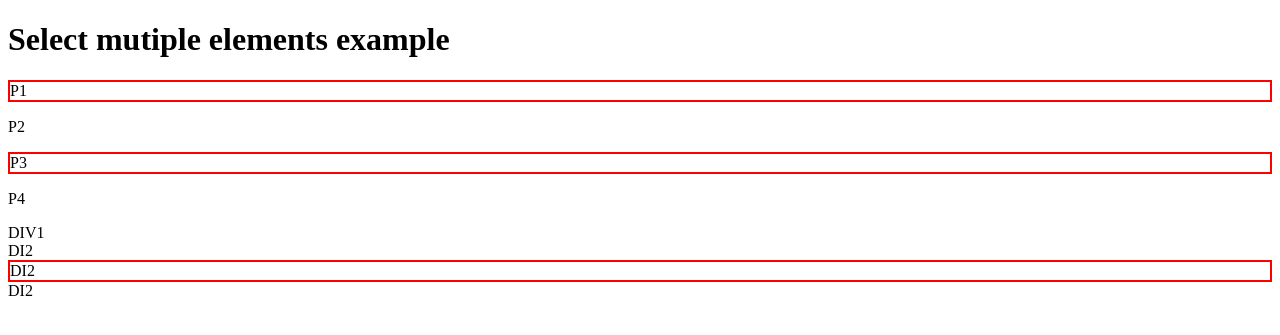
Repository: sudheerj/jQuery
Page: jQueryExamples/chapter02/AttributeSelectors.html
These files come from the project's save history. The page is drawn as it stood at one moment and after the next save; the edit follows.
The browser window is 1280 px wide. The pictures show the whole page.

Above is the page before, as saved 2016-10-20 03:39:56.

### jQueryExamples/chapter02/AttributeSelectors.html
<!DOCTYPE html>
<head>
	<title>jQuery Get element with class name and id</title>

	<script type="text/javascript" src="..\jquery\jquery-3.1.1.min.js"></script>
	<script type="text/javascript">
	$(document).ready(function() {

		$(".p1, .p3, #div3").css("border", "2px solid red");

	});

</script>
</head>


<body>

	<h1>Select mutiple elements example</h1>

	<p class="p1">
		P1
	</p>
	<p class="p2">
		P2
	</p>
	<p class="p3">
		P3
	</p>
	<p class="p4">
		P4
	</p>

	<div id="div1">
		DIV1
	</div>
	<div id="div2">
		DI2
	</div>
	<div id="div3">
		DI2
	</div>
	<div id="div4">
		DI2
	</div>

</body>
</html>

Loaded but not shown: jQueryExamples/jquery/jquery-3.1.1.min.js (library)

After the next save:
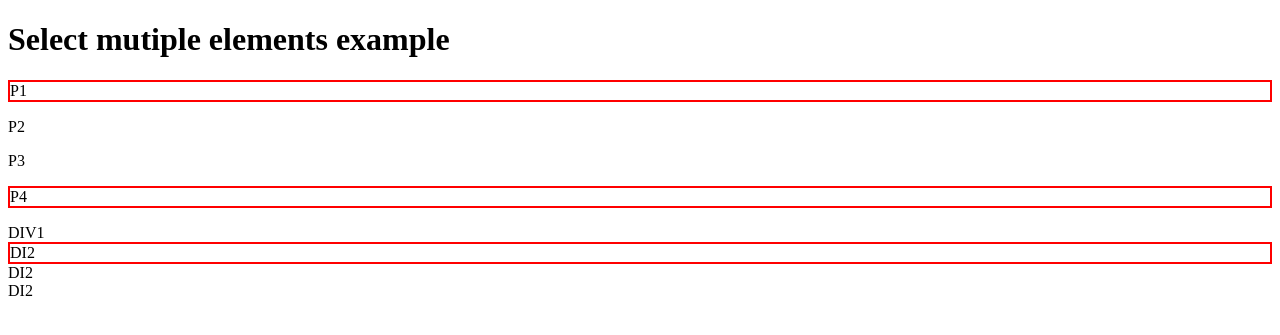
Saved 11 s later.
--- a/jQueryExamples/chapter02/AttributeSelectors.html
+++ b/jQueryExamples/chapter02/AttributeSelectors.html
@@ -6,7 +6,7 @@
 	<script type="text/javascript">
 	$(document).ready(function() {
 
-		$(".p1, .p3, #div3").css("border", "2px solid red");
+		$(".p1, .p4, #div2").css("border", "2px solid red");
 
 	});
 
